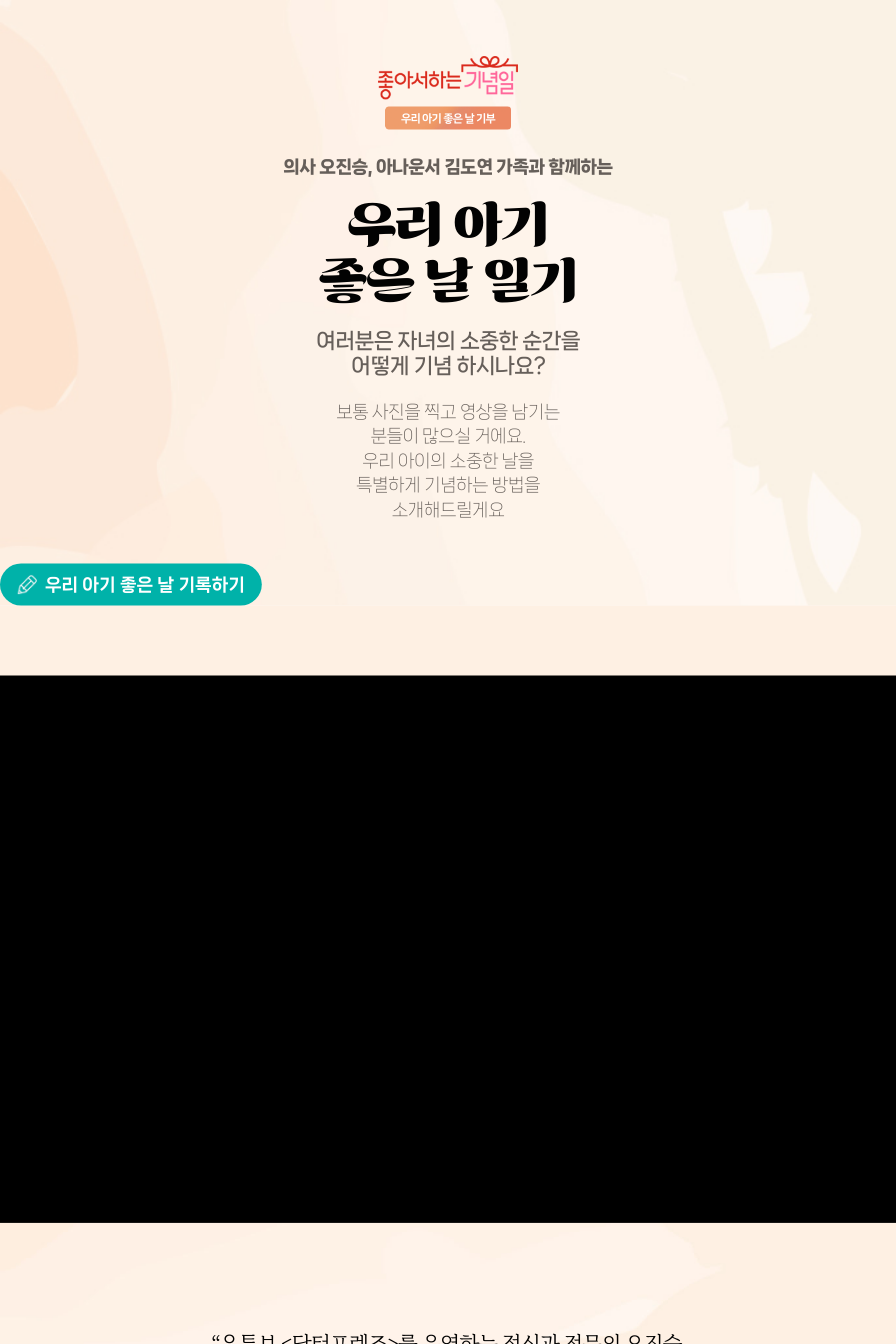
Repository: dlgywls1130/saveTheChildren_2024
Page: index.html
The author's editor kept a copy of each file at every save. The page is drawn from the files as they stood at one save, then again after the next save.
The browser window is 1280 px wide. The pictures show the part of the page from y = 0 to 1920 px (the page is 13170 px tall before and 13190 px after), at 70% of full size.
Some web fonts or font styles are not loaded; a fallback is used. The style sheet was rebuilt from its Sass, Less or Tailwind sources for each picture, by a compiler version that may differ from the author's.

Above is the page before, as saved 2024-11-03 20:55:46.

After the next save:
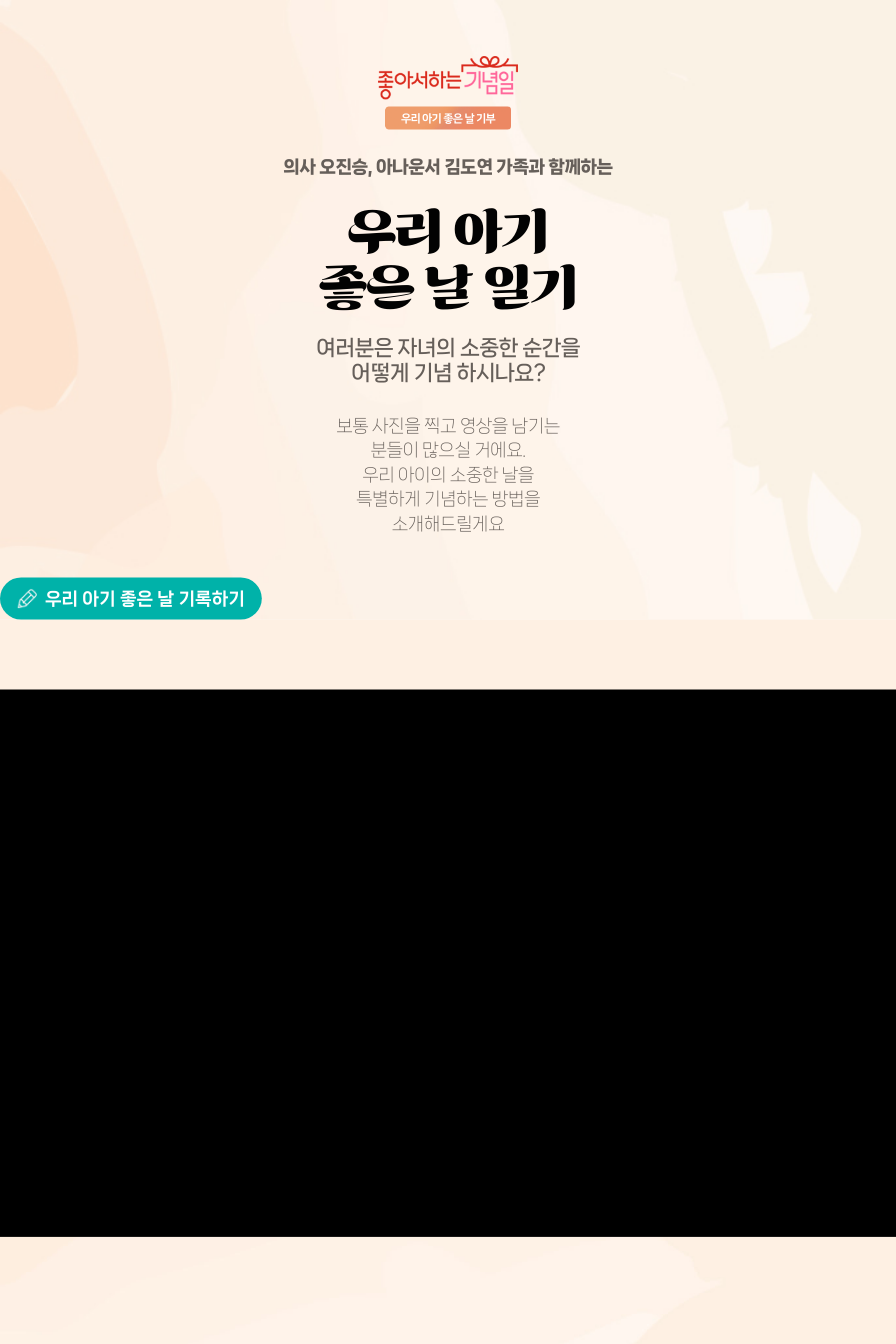
Saved 41 s later.
--- a/index.html
+++ b/index.html
@@ -17,13 +17,13 @@
                 <p>우리 아기 좋은 날 기부</p>
             </div>
 
-            <p class="sub_title mb-30">
+            <p class="sub_title mb-40">
                 의사 오진승, 아나운서 김도연 가족과 함께하는
             </p>
 
             <h2 class="mb-30">우리 아기<br>좋은 날 일기</h2>
 
-            <p class="sub_span_text mb-30">
+            <p class="sub_span_text mb-40">
                 여러분은 자녀의 소중한 순간을<br>
                 어떻게 기념 하시나요?
             </p>
